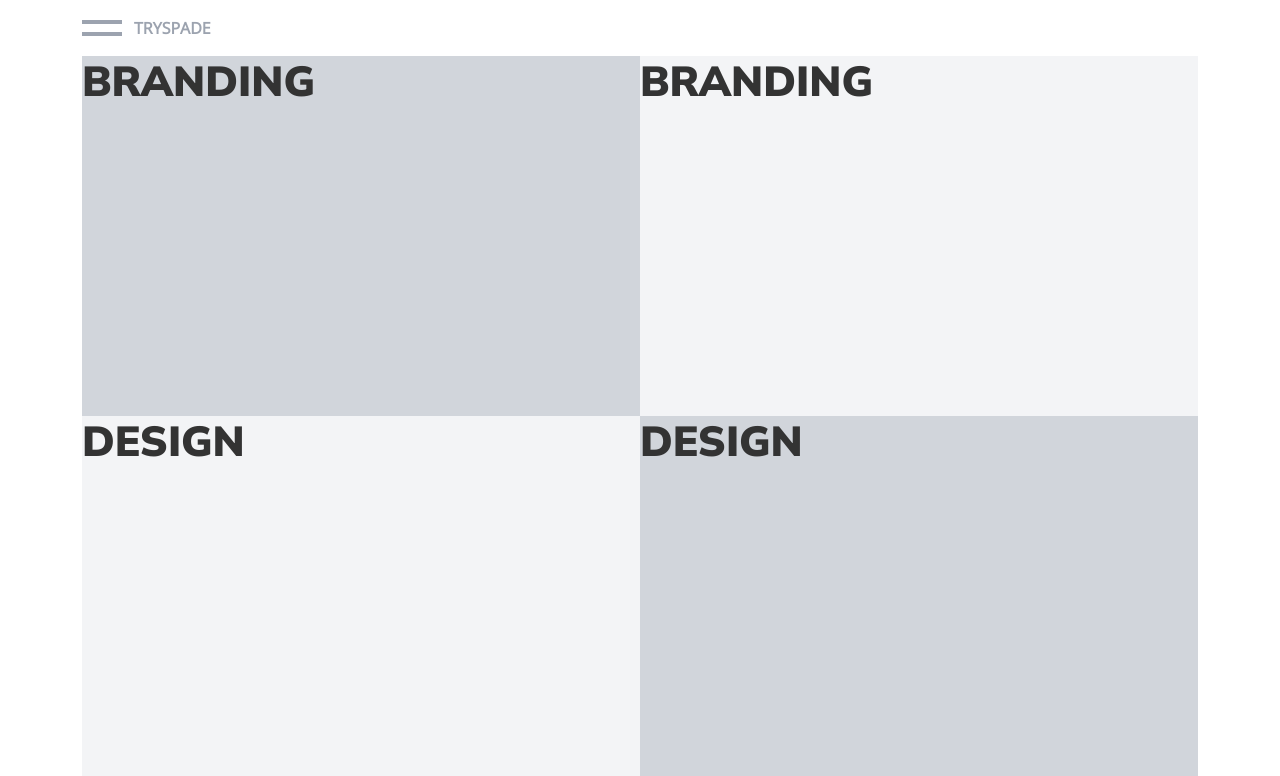
Repository: latenightsnacc/super-octo-fortnight
Page: new.html
An editor plug-in stored every save of this project. The page is shown before and after the next save, followed by the edit.
The browser window is 1280 px wide. The pictures show the whole page.
Some web libraries are served in a nearby version. The style sheet was rebuilt from its Sass, Less or Tailwind sources for each picture, by a compiler version that may differ from the author's.

Above is the page before, as saved 2021-03-01 12:03:31.

After the next save:
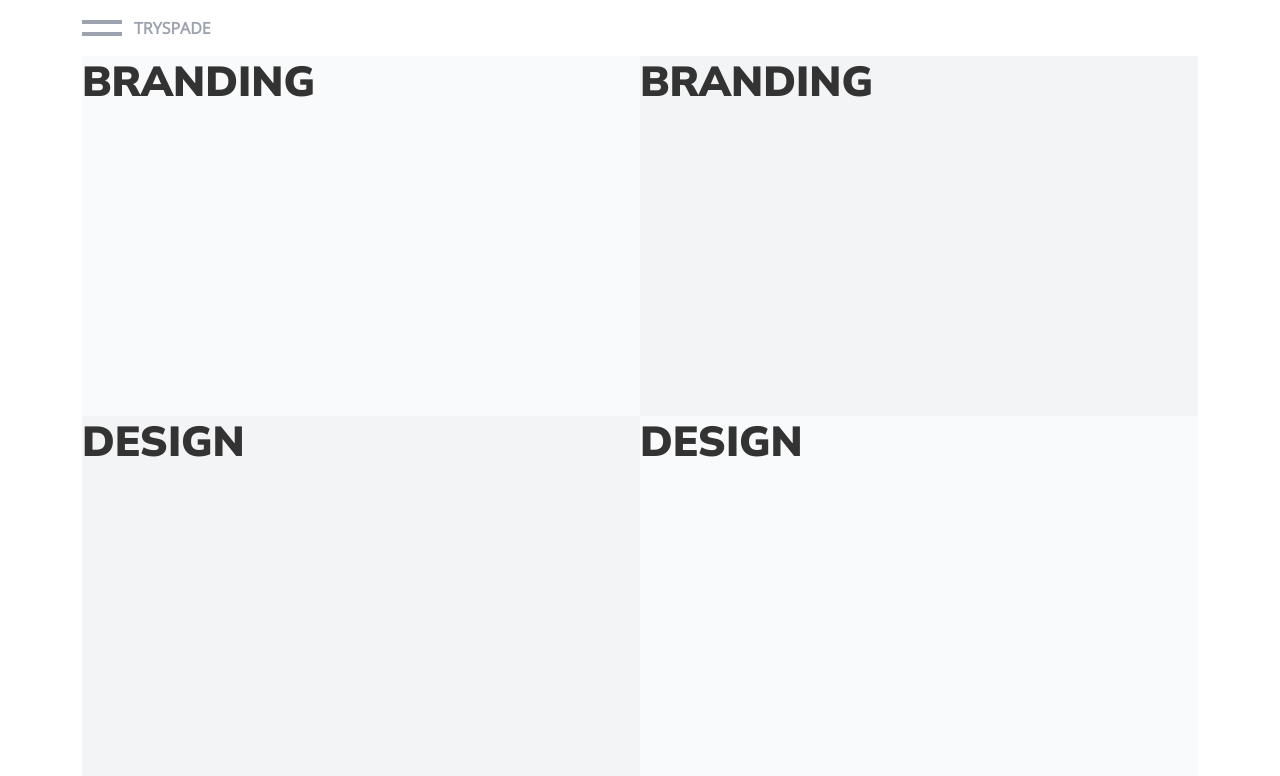
Saved 15 s later.
--- a/new.html
+++ b/new.html
@@ -36,7 +36,7 @@
         <div class="container">
             <div class="flex flex-row h-screen">
                 <div class="w-1/2 flex flex-col">
-                  <div class="bg-gray-300 h-50">
+                  <div class="bg-gray-50 h-50">
                       <div class="flex h-full">
                         <h1 class="uppercase">branding</h1>
                       </div>
@@ -53,7 +53,7 @@
                         <h1 class="uppercase">branding</h1>
                       </div>
                   </div>
-                  <div class="bg-gray-300 h-50">
+                  <div class="bg-gray-50 h-50">
                       <div class="flex h-full">
                         <h1 class="uppercase">design</h1>
                       </div>
